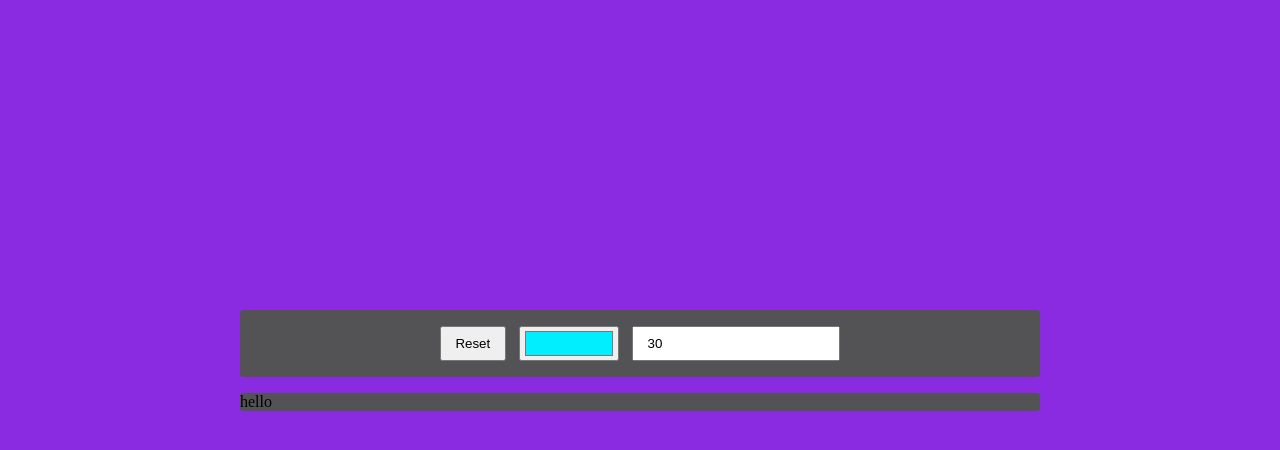
Repository: Larrowo/Challenges
Page: Pixel-Art/index.html
An editor plug-in stored every save of this project. The page is shown before and after the next save, followed by the edit.
The browser window is 1280 px wide. The pictures show the whole page.

Above is the page before, as saved 2022-04-20 12:25:33.

After the next save:
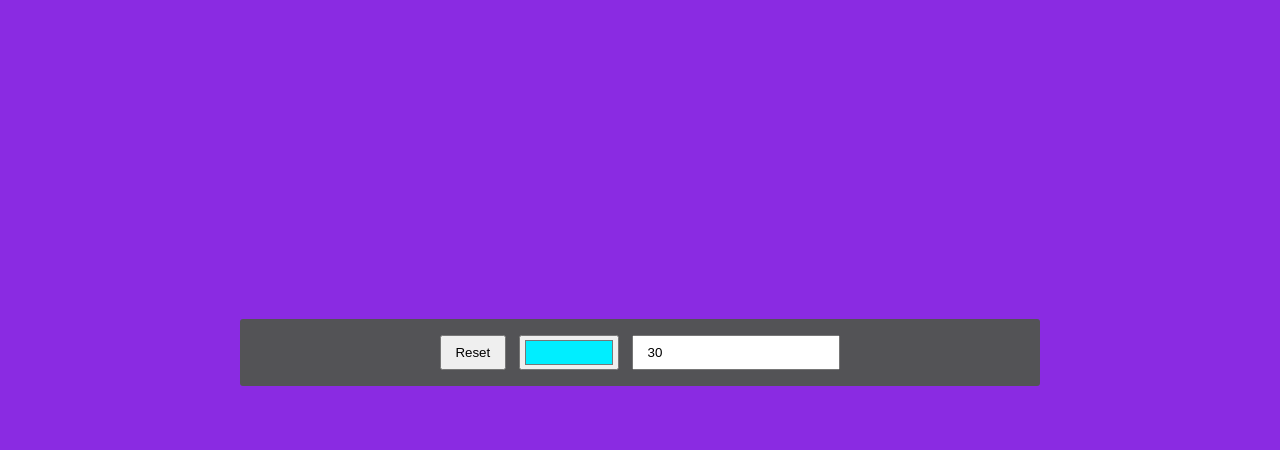
Saved 22 s later.
--- a/Pixel-Art/index.html
+++ b/Pixel-Art/index.html
@@ -17,7 +17,10 @@
         <input type="number" value="30" class="size">
     </div>
     <div class="container">
-        hello
+        <div class="pixel"></div>
+        <div class="pixel"></div>
+        <div class="pixel"></div>
+        <div class="pixel"></div>
     </div>
 </body>
 
